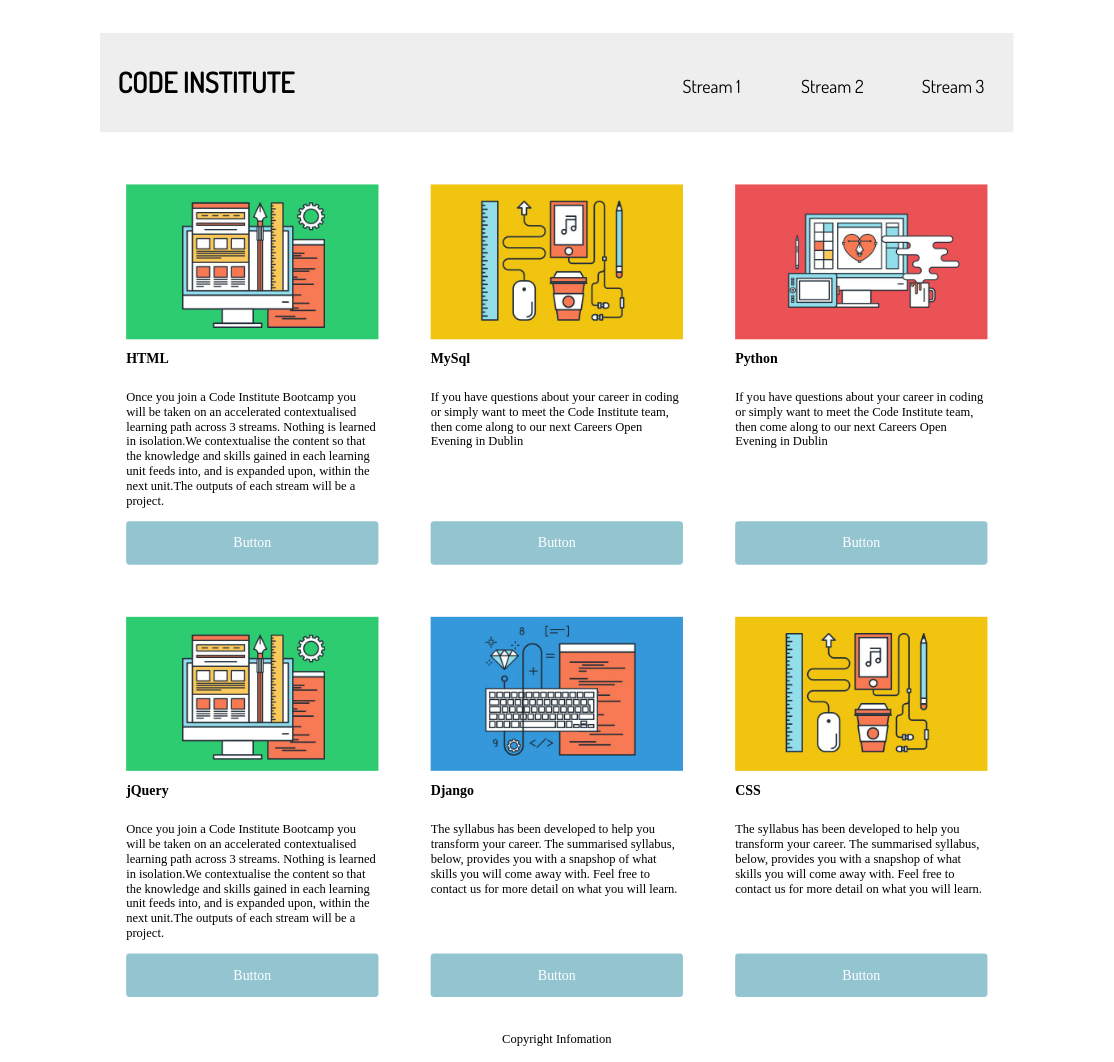
Repository: SOliv1/jquery-downloading-selectors
Page: index.html
The author's editor kept a record of every edit. The page is drawn from the files as they stood at one moment, then again after the next edit.
The browser window is 1280 px wide. The pictures show the whole page, at 87% of full size.
Some web libraries are served in a nearby version.

Above is the page before.

### index.html
<!DOCTYPE html>

<html lang="en">

<head>

	<meta charset="UTF-8">

	<meta name="viewport" content="width=device-width, initial-scale=1">

	<title>jQuery</title>

	<link href="style.css" rel="stylesheet">

	<link href='https://fonts.googleapis.com/css?family=Roboto' rel='stylesheet' type='text/css'>

	<link href='https://fonts.googleapis.com/css?family=Dosis' rel='stylesheet' type='text/css'>

</head>

<body>

	<div id="container">

		<nav>

			<ul>

				<li id="logoNav">CODE INSTITUTE</li>

				<li id="stream1_btn">Stream 1</li>

				<li id="stream2_btn">Stream 2</li>

				<li id="stream3_btn">Stream 3</li>

			</ul>

		</nav>

		<div class="card stream1">

			<img class="card_image" src="img/3.png" alt="coding icon">

			<div class="card_bottom">

				<h2 class="card_head">HTML</h2>

				<p class="card_para">Once you join a Code Institute Bootcamp you will be taken on an accelerated contextualised learning path across 3 streams. Nothing is learned in isolation.We contextualise the content so that the knowledge and skills gained in each learning unit feeds into, and is expanded upon, within the next unit.The outputs of each stream will be a project. </p>

				<a href="" class="bottom_button">Button</a>

			</div>

		</div>

		<div class="card stream3">

			<img class="card_image" src="img/1.png" alt="coding icon">

			<h2 class="card_head">MySql</h2>

			<p class="card_para">If you have questions about your career in coding or simply want to meet the Code Institute team, then come along to our next Careers Open Evening in Dublin</p>

			<a href="" class="bottom_button">Button</a>

		</div>



		<div class="card stream2">

			<img class="card_image" src="img/2.png" alt="coding icon">

			<h2 class="card_head">Python</h2>

			<p class="card_para">If you have questions about your career in coding or simply want to meet the Code Institute team, then come along to our next Careers Open Evening in Dublin</p>

			<a href="" class="bottom_button">Button</a>

		</div>

		<div class="card stream1">

			<img class="card_image" src="img/3.png" alt="coding icon">

			<div class="card_bottom">

				<h2 class="card_head">jQuery</h2>

				<p class="card_para">Once you join a Code Institute Bootcamp you will be taken on an accelerated contextualised learning path across 3 streams. Nothing is learned in isolation.We contextualise the content so that the knowledge and skills gained in each learning unit feeds into, and is expanded upon, within the next unit.The outputs of each stream will be a project. </p>

				<a href="" class="bottom_button">Button</a>

			</div>

		</div>

		<div class="card stream3">

			<img class="card_image" src="img/4.png" alt="coding icon">

			<h2 class="card_head">Django</h2>

			<p class="card_para">The syllabus has been developed to help you transform your career. The summarised syllabus, below, provides you with a snapshop of what skills you will come away with. Feel free to contact us for more detail on what you will learn.</p>

			<a href="" class="bottom_button">Button</a>

		</div>

		<div class="card stream1">

			<img class="card_image" src="img/1.png" alt="coding icon">

			<h2 class="card_head">CSS</h2>

			<p class="card_para">The syllabus has been developed to help you transform your career. The summarised syllabus, below, provides you with a snapshop of what skills you will come away with. Feel free to contact us for more detail on what you will learn.</p>

			<a href="" class="bottom_button">Button</a>

		</div>

		<div id="my_footer">

			<p id="copyright">Copyright Infomation</p>

		</div>

	</div>

	<script src="https://code.jquery.com/jquery-3.2.1.js" integrity="sha256-DZAnKJ/6XZ9si04Hgrsxu/8s717jcIzLy3oi35EouyE=" crossorigin="anonymous"></script>

	<script src="script.js"></script> <!-- Scripts located at the bottom of the body to insure page is fully loaded before execution -->

</body>

</html>

### style.css

Skip to content



Pull requests
Issues
Marketplace
Explore






Code Issues 0 Pull requests 0 Projects 0 Wiki Security Pulse Community
Branch: master
FromJavaScriptTojQuery/03-jQueryEvents/10-the_importance_of_this/challenge_solution/css/style.css
Find file
Copy path
 aaronsnig501 Add missing challenge solutions
93b3460 on 11 Jan
1 contributor
149 lines (126 sloc) 1.81 KB
Raw
Blame
History


body{

	font-family: 'Roboto', sans-serif;

 	background-color: #eee;

}



h1{

	font-size: 3em;

	text-align: center;

}

h2{

	font-size: 1em;

	text-align: left;

}

p{

	font-size: .9rem;

}



div{

	border-radius: 4px;

}



.card_image{

	width: 100%;

}



.bottom_button{

	display: flex;

	box-sizing: border-box;

	border-radius: 4px;

	display: block;

	width: 100%;

	background-color: rgba(129, 187, 201,.85);

	text-align: center;

	padding: 1em .75em;

	text-decoration: none;

	color: #fff;

}



.card_bottom{

	display: flex;

	flex-flow: column;

}



.card_head{

	flex: 0;

}



.card_para{

	flex: 1 0 auto;

}



#container{

	display: flex;

	flex-flow: row wrap;

	box-sizing: border-box;

	margin-right: auto;

	margin-left: auto;

	max-width: 1050px;

}



#logo{

	width: 800px;

	margin: auto;

}



.card{

	flex: 1;

	display: flex;

	flex-flow: column;

	min-width: 240px;

	margin: 10px;

	padding: 20px;

	background-color: #fff;

}



#my_footer{

	width: 100%;

	text-align: center;

}

#copyright{
	margin-top: 10px;
	margin-bottom: 10px;


}


/*************************

Navigation

**************************/



nav{

	font-family: roboto;
	background-color: #eee;
	margin: 30px auto;
	width: 100%;

}


ul{

	display: flex;
	justify-content: space-between;
	flex-flow: row;
	align-items: baseline;

	border-radius: 10px;

	list-style-type: none; /*Remove Bullets*/

	padding: 0;

}



li{

	flex: 1;

	height: 30px;

	font-family: Dosis;

	padding: 20px 20px 20px 20px;

	text-align: center;

	font-size: 1.3em;

}

#logoNav{
	flex: 6;
	text-align: left;
	font-size: 2em;
	font-weight: bold;

}



.underline{

	text-decoration: underline;

}



.border{

	border: solid 5px #ccc;

}



.stream-nav{

	cursor: pointer;

}



.card-highlight{

	background-color: rgb(235, 82, 85);

}



/*for desktop navigation*/

@media screen and (max-width: 700px){

	ul{

		flex-flow: column;
		align-items:center;

	}

	li{

		font-size: 2em;

	}

}

### script.js

$(document).ready(function() {

    $("#stream1_btn").on("click", function() {

        $(".stream1").removeClass('highlight_stream');

        $(".stream2").removeClass('highlight_stream');

        $(".stream3").removeClass('highlight_stream');

        $(".stream1").addClass('highlight_stream');

   });

   $("#stream2_btn").on("click", function() {

        $(".stream1").removeClass('highlight_stream');

        $(".stream2").removeClass('highlight_stream');

        $(".stream3").removeClass('highlight_stream');

        $(".stream2").addClass('highlight_stream');

   });

   $("#stream3_btn").on("click", function() {

        $(".stream1").removeClass('highlight_stream');

        $(".stream2").removeClass('highlight_stream');

        $(".stream3").removeClass('highlight_stream');

        $(".stream3").addClass('highlight_stream');

   });

});

After the next edit:
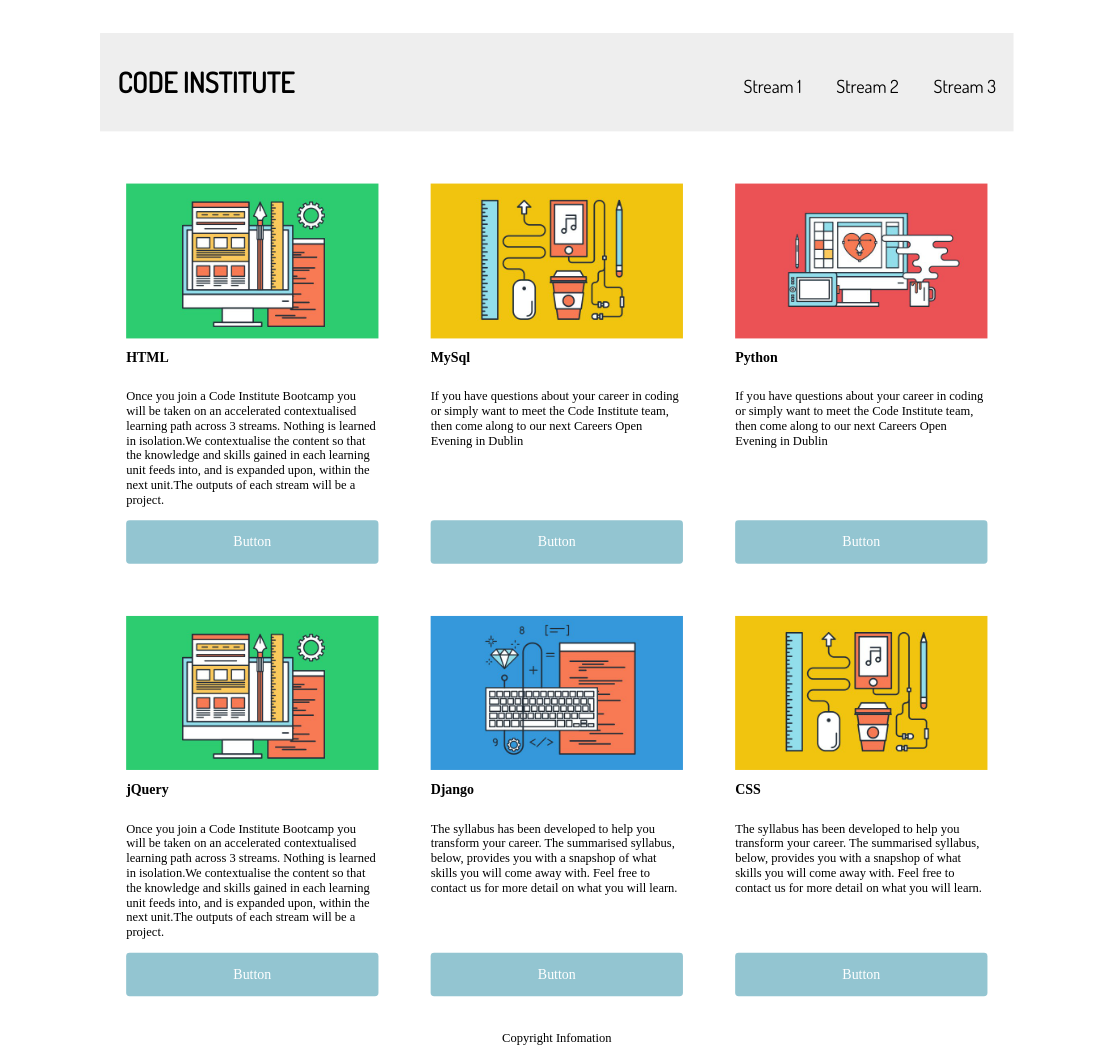
The edit:
--- a/style.css
+++ b/style.css
@@ -230,16 +230,11 @@
 
 li{
 
-	flex: 1;
-
+	flex: 1
 	height: 30px;
-
 	font-family: Dosis;
-
 	padding: 20px 20px 20px 20px;
-
 	text-align: center;
-
 	font-size: 1.3em;
 
 }
